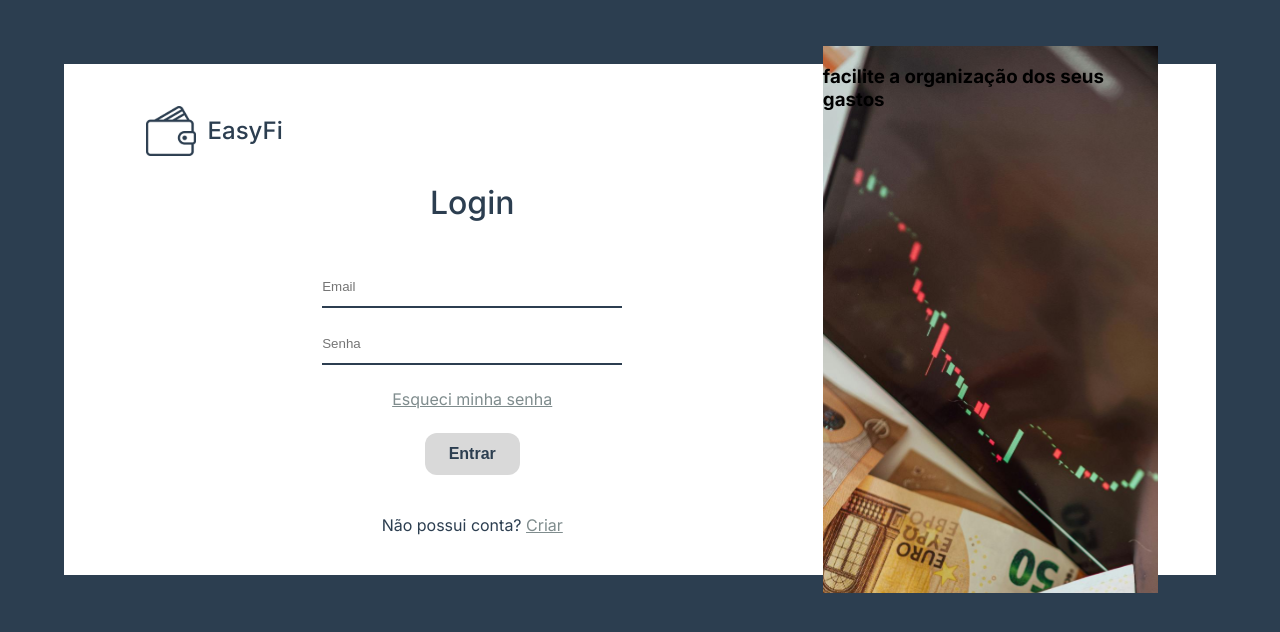
Repository: Ingridiag/projeto-engenharia
Page: login.html
An editor plug-in stored every save of this project. The page is shown before and after the next save, followed by the edit.
The browser window is 1280 px wide. The pictures show the whole page.

Above is the page before, as saved 2024-10-28 16:26:53.

After the next save:
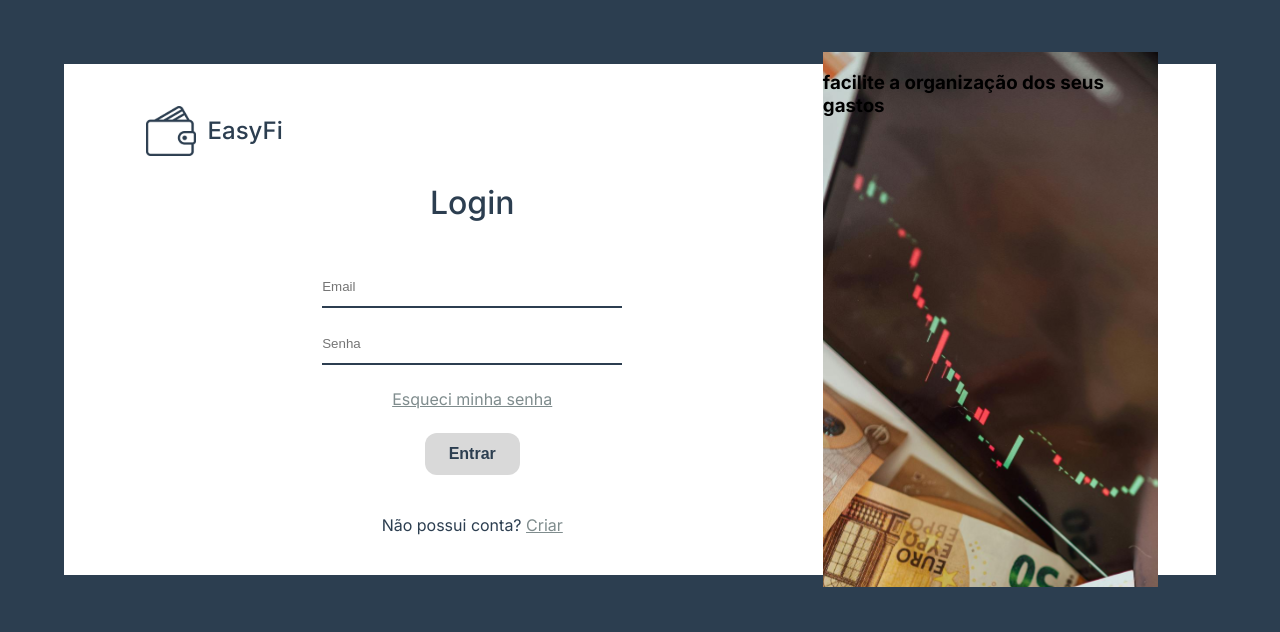
Saved 5 s later.
--- a/style.css
+++ b/style.css
@@ -98,7 +98,7 @@ body {
     transform: scale(1.1);
 }
 .decor{
-    height: 138%;
+    height: 135%;
     background-image: url(imagens/imagem_background.svg);
 }
 
